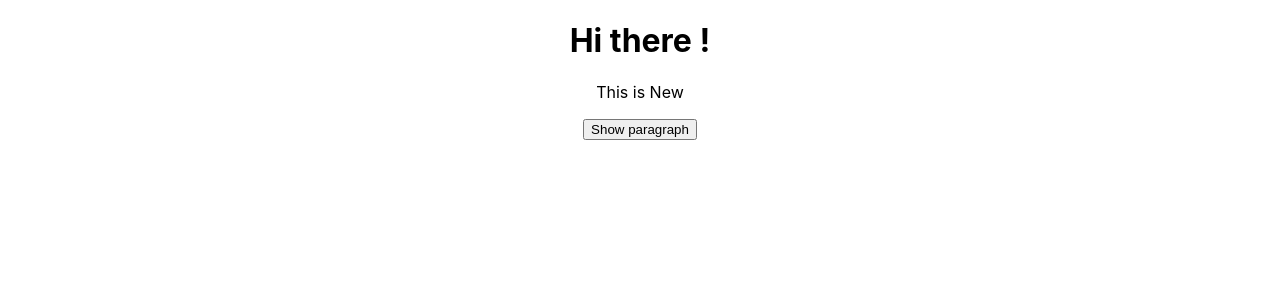
Repository: metehankasapp/react-optimization-techniques
Page: / (app in my-app/), after clicking the first element matching `button`
An editor plug-in stored every save of this project. The page is shown before and after the next save, followed by the edit.
The browser window is 1280 px wide. The pictures show the whole page.
The project was rebuilt for these pictures with package versions that can differ from the ones it lists, and the page was loaded fresh each time.

Above is the page before, as saved 2021-10-14 08:52:10.

### my-app/src/App.js
import React, { useState } from "react";
import "./App.css";
import DemoOutput from "./Demo/DemoOutput";

function App() {
  const [showParagraph, setShowParagraph] = useState(false);

  const toggleParagraph = () => {
    // --setShowParagraph(!showParagraph);
    //++
    setShowParagraph((prevShowParagraph) => !prevShowParagraph);
  };
  return (
    <div className="App">
      <h1>Hi there !</h1>
      {showParagraph && <DemoOutput/>}
      <button onClick={toggleParagraph}>Show paragraph</button>
    </div>
  );
}

export default App;

### my-app/src/Demo/DemoOutput.js
import React from "react";


const DemoOutput = (props) =>{
    return <p>This is New</p>
};

export default DemoOutput;

Loaded but not shown: my-app/public/index.html (common file); my-app/src/index.js (common file); my-app/src/index.css (common file); my-app/src/App.css (common file)

After the next save:
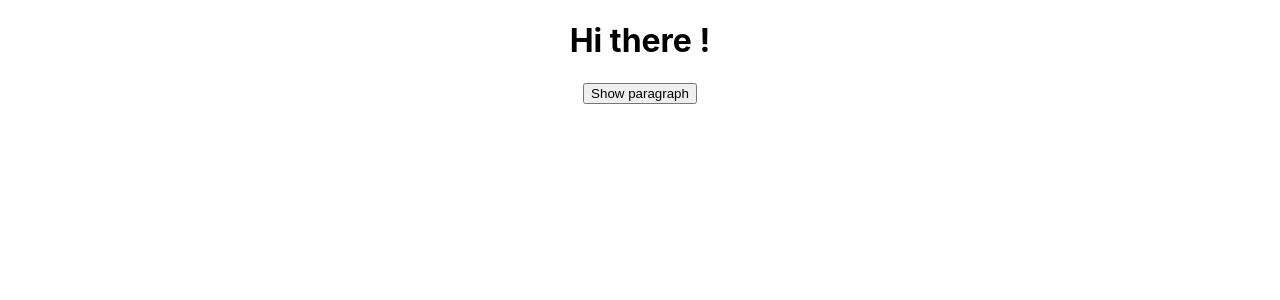
Saved 82 s later.
--- a/my-app/src/Demo/DemoOutput.js
+++ b/my-app/src/Demo/DemoOutput.js
@@ -1,8 +1,7 @@
 import React from "react";
 
-
-const DemoOutput = (props) =>{
-    return <p>This is New</p>
+const DemoOutput = (props) => {
+  return <p>{props.show ? "This is New" : ""}</p>;
 };
 
 export default DemoOutput;

After the save that followed:
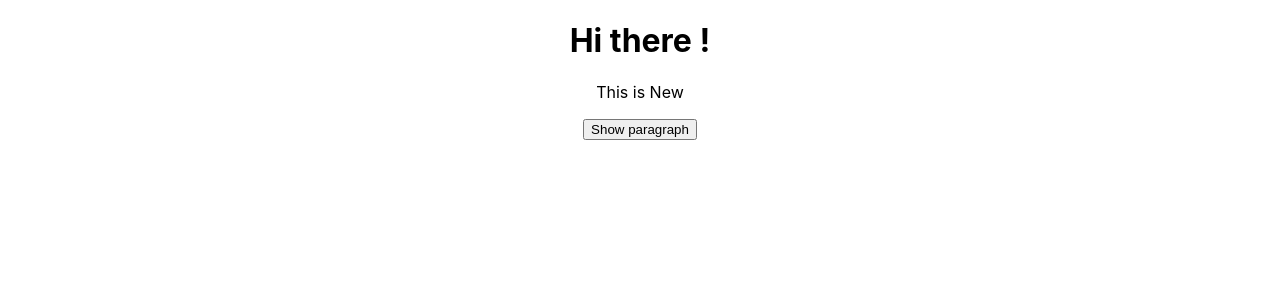
Saved 18 s later.
--- a/my-app/src/App.js
+++ b/my-app/src/App.js
@@ -13,7 +13,7 @@ function App() {
   return (
     <div className="App">
       <h1>Hi there !</h1>
-      {showParagraph && <DemoOutput/>}
+      {showParagraph && <DemoOutput show={showParagraph}/>}
       <button onClick={toggleParagraph}>Show paragraph</button>
     </div>
   );
